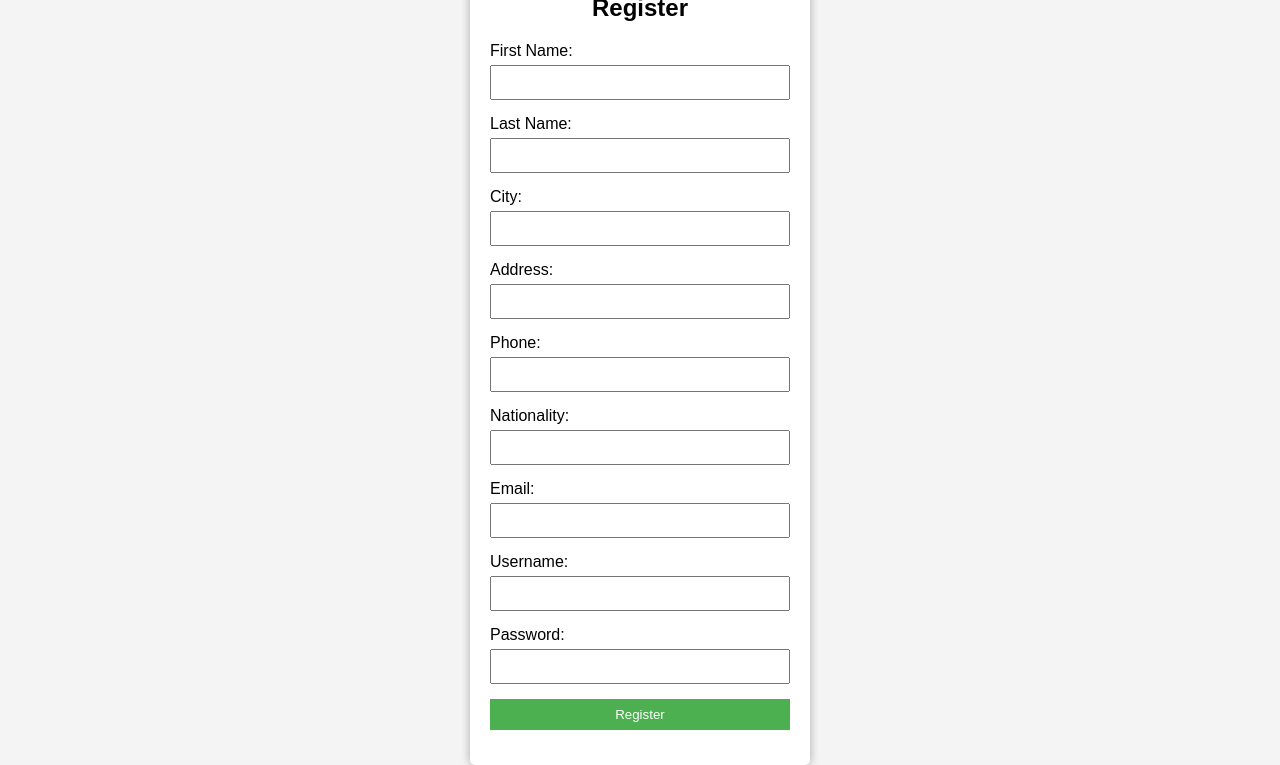
Repository: ITpatrick1/Accommodation-System
Page: http://localhost/register_guest.php
The author's editor kept a copy of each file at every save. The page is drawn from the files as they stood at one save, then again after the next save.
The browser window is 1280 px wide. The pictures show the whole page.
The page is run by PHP 8.4 with error messages shown; the project is at /var/www/html/.

Above is the page before, as saved 2024-08-19 10:50:21.

After the next save:
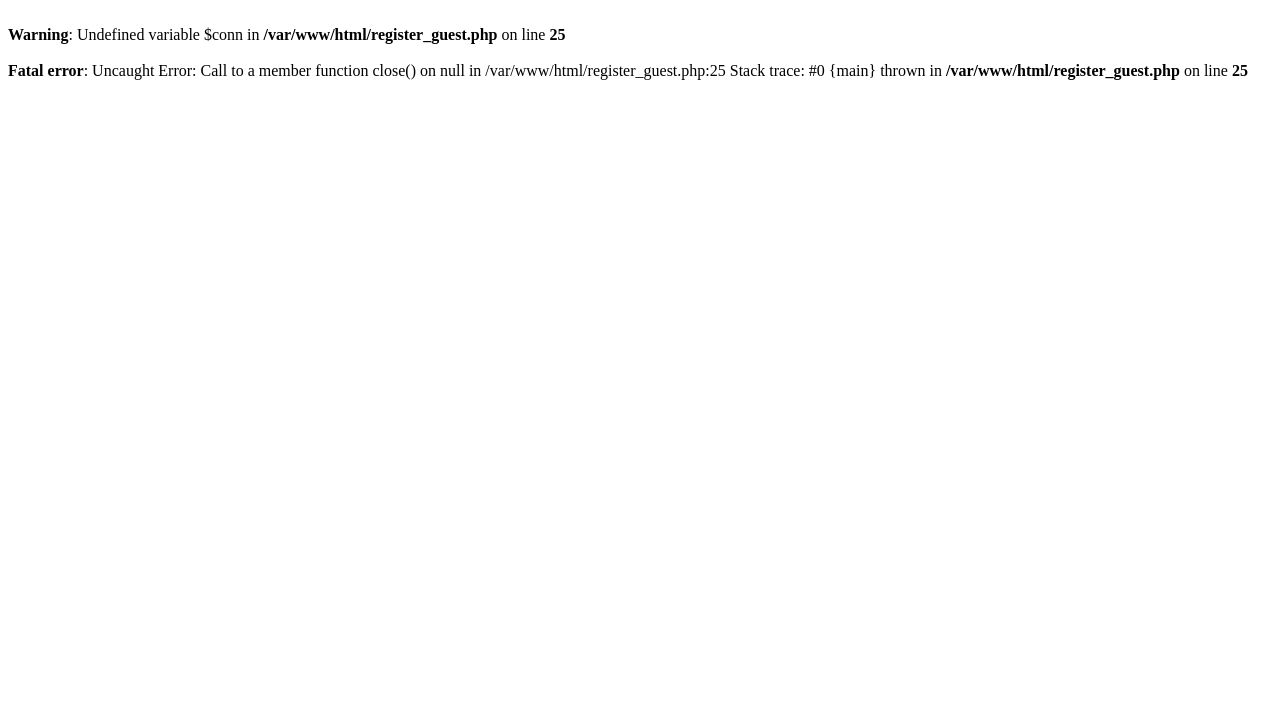
Saved 23 s later.
--- a/register_guest.php
+++ b/register_guest.php
@@ -1,18 +1,5 @@
 <?php
-// Database connection
-$servername = "localhost";
-$username = "root"; // Your database username
-$password = ""; // Your database password
-$dbname = "dragonhousedb"; // Your database name
 
-$conn = new mysqli($servername, $username, $password, $dbname);
-
-// Check connection
-if ($conn->connect_error) {
-    die("Connection failed: " . $conn->connect_error);
-}
-
-// Check if form is submitted
 if ($_SERVER["REQUEST_METHOD"] == "POST") {
     $G_FNAME = $conn->real_escape_string($_POST['G_FNAME']);
     $G_LNAME = $conn->real_escape_string($_POST['G_LNAME']);
